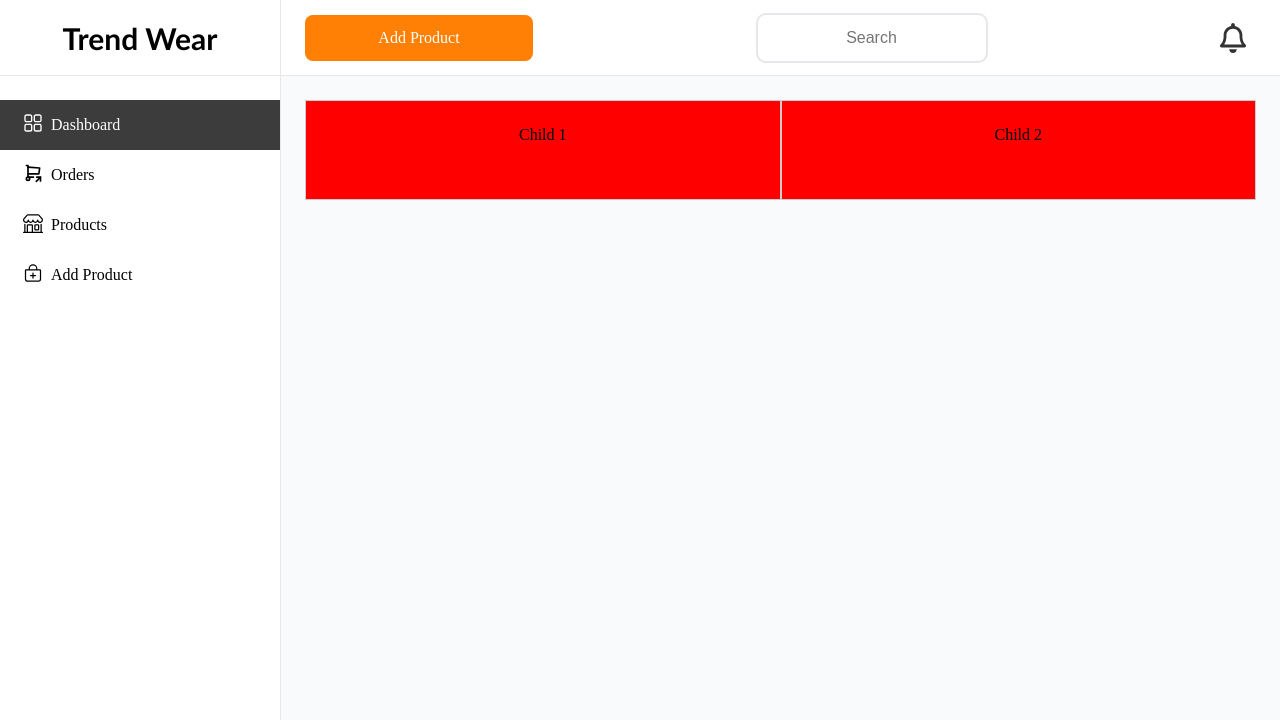
Repository: ahmad-dev7/TrendWear
Page: / (app in trend_wear_dashboard/)
These files come from the project's save history. The page is drawn as it stood at one moment and after the next save; the edit follows.
The browser window is 1280 px wide. The pictures show the whole page.
The project was rebuilt for these pictures with package versions that can differ from the ones it lists, and the page was loaded fresh each time. Also part of the build but not shown: trend_wear_dashboard/vite.config.ts.

Above is the page before, as saved 2025-01-19 23:47:33.

After the next save:
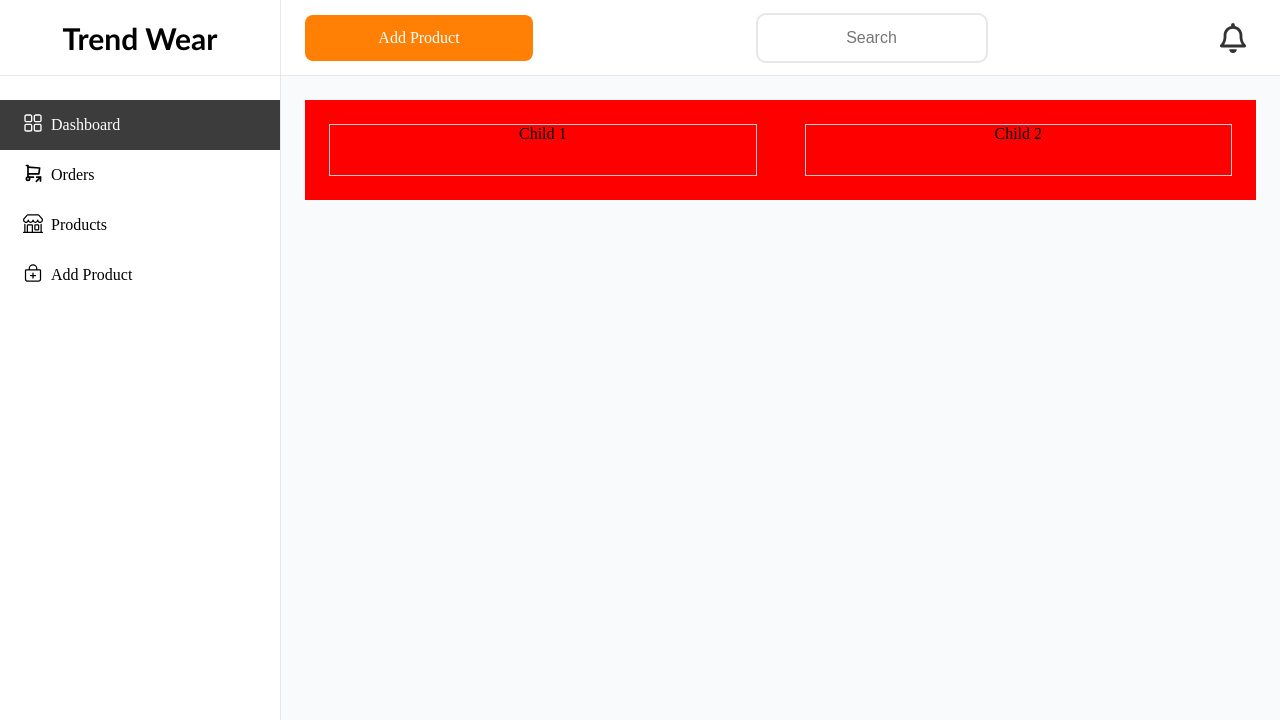
Saved 61 s later.
--- a/trend_wear_dashboard/src/Components/AddProduct/AddProduct.css
+++ b/trend_wear_dashboard/src/Components/AddProduct/AddProduct.css
@@ -9,7 +9,7 @@
 
 .child {
     flex: 1;
-    padding: 25px;
+    margin: 24px;
     text-align: center;
     border: 1px solid #ccc;
 }
